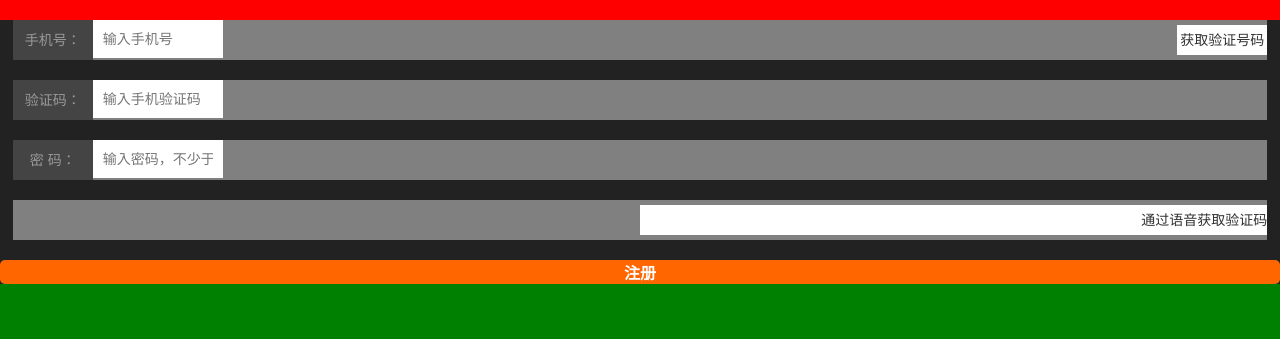
Repository: wangxinjun08231116/Html5Views
Page: WangXinJun/WebContent/htmls/QCF/ZhuCe.html
The author's editor kept a copy of each file at every save. The page is drawn from the files as they stood at one save, then again after the next save.
The browser window is 1280 px wide. The pictures show the whole page.

Above is the page before, as saved 2015-01-22 06:19:27.

After the next save:
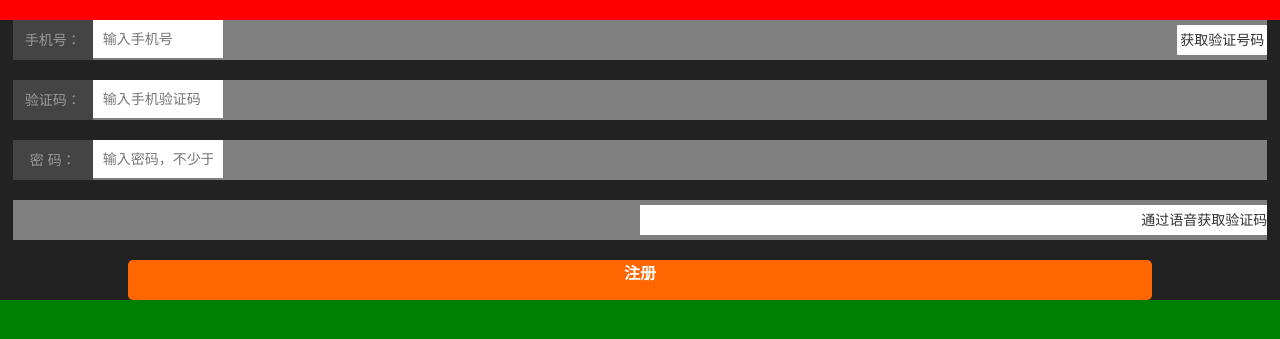
Saved 67 s later.
--- a/WangXinJun/WebContent/css/QCF/ZhuCe.css
+++ b/WangXinJun/WebContent/css/QCF/ZhuCe.css
@@ -100,8 +100,8 @@ body {
 /*注册  */
 
 .zhuCeDiv{
-	width = 80%;
-	height = 40px;
+	width : 80%;
+	height : 40px;
 
 	background-color: #f60;
     border-radius: 5px;
